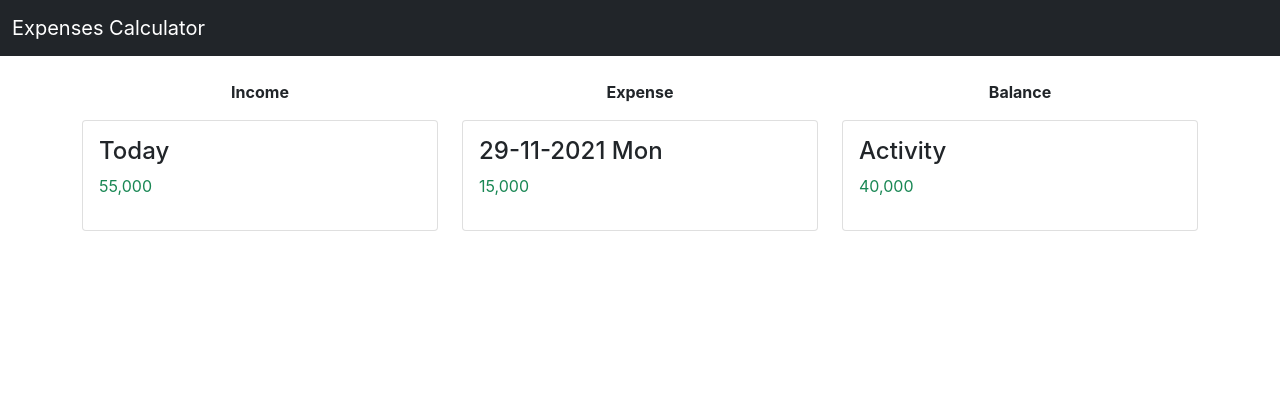
Repository: eidankhan/expenses-calculator
Page: /
These files come from the project's save history. The page is drawn as it stood at one moment and after the next save; the edit follows.
The browser window is 1280 px wide. The pictures show the whole page.
The project was rebuilt for these pictures with package versions that can differ from the ones it lists, and the page was loaded fresh each time. Also part of the build but not shown: src/components/SaveIncome.js.

Above is the page before, as saved 2021-11-29 17:04:36.

### public/index.html
<!DOCTYPE html>
<html lang="en">
  <head>
    <meta charset="utf-8" />
    <link rel="icon" href="%PUBLIC_URL%/favicon.ico" />
    <meta name="viewport" content="width=device-width, initial-scale=1" />
    <meta name="theme-color" content="#000000" />
    <meta
      name="description"
      content="Web site created using create-react-app"
    />
    <link rel="apple-touch-icon" href="%PUBLIC_URL%/logo192.png" />
    <link rel="manifest" href="%PUBLIC_URL%/manifest.json" />
    <!-- CSS only -->
    <link
      href="https://cdn.jsdelivr.net/npm/bootstrap@5.1.3/dist/css/bootstrap.min.css"
      rel="stylesheet"
      integrity="sha384-1BmE4kWBq78iYhFldvKuhfTAU6auU8tT94WrHftjDbrCEXSU1oBoqyl2QvZ6jIW3"
      crossorigin="anonymous"
    />
    <title>Shopping Cart App</title>
  </head>
  <body>
    <noscript>You need to enable JavaScript to run this app.</noscript>
    <div id="root"></div>
    <!-- JavaScript Bundle with Popper -->
    <script
      src="https://cdn.jsdelivr.net/npm/bootstrap@5.1.3/dist/js/bootstrap.bundle.min.js"
      integrity="sha384-ka7Sk0Gln4gmtz2MlQnikT1wXgYsOg+OMhuP+IlRH9sENBO0LRn5q+8nbTov4+1p"
      crossorigin="anonymous"
    ></script>
  </body>
</html>

### src/App.js
// import {
//   BrowserRouter as Router,
//   Routes,
//   Route,
// } from "react-router-dom";

import { IncomeSummary } from "./components/IncomeSummary";
import { Navbar } from "./components/Navbar";
import { SaveIncome } from "./components/SaveIncome";

function App() {
  return (
    <>
      <Navbar />
      <div className="container my-3">
        {/* <SaveIncome/> */}
        <IncomeSummary/>
      </div>
    </>
  );
}

export default App;

### src/components/IncomeSummary.js
import React from "react";

export const IncomeSummary = () => {


  return (
    <div className="my-3">
      <div className="row">
        <div className="col-md-4 my-2 text-center"> <strong>Income</strong> </div>
        <div className="col-md-4 my-2 text-center"> <strong>Expense</strong> </div>
        <div className="col-md-4 my-2 text-center"> <strong>Balance</strong> </div>
      </div>
      <div className="row">
        <div className="col-md-4 my-2">
          <div className="card">
            <div className="card-body">
              <h4 className="card-title"> Today </h4>
              <p className="text-success"> 55,000</p>
            </div>
          </div>
        </div>
        <div className="col-md-4 my-2">
          <div className="card">
            <div className="card-body">
            <h4 className="card-title"> 29-11-2021 Mon </h4>
            <p className="text-success"> 15,000</p>
            </div>
          </div>
        </div>
        <div className="col-md-4 my-2">
          <div className="card">
            <div className="card-body">
            <h4 className="card-title"> Activity </h4>
            <p className="text-success"> 40,000</p>
            </div>
          </div>
        </div>
      </div>
    </div>
  );
};

### src/components/Navbar.js
import React from "react";

export const Navbar = () => {
  return (
    <nav className="navbar navbar-dark bg-dark">
      <div className="container-fluid">
        <a className="navbar-brand" href="/" > Expenses Calculator</a>

        {/* <form className="d-flex">
          <input
            className="form-control me-2"
            type="search"
            placeholder="Search"
            aria-label="Search"
          />
          <button className="btn btn-outline-success" type="submit">
            Search
          </button>
        </form> */}

      </div>
    </nav>
  );
};

Loaded but not shown: src/index.js (common file); src/index.css (common file)

After the next save:
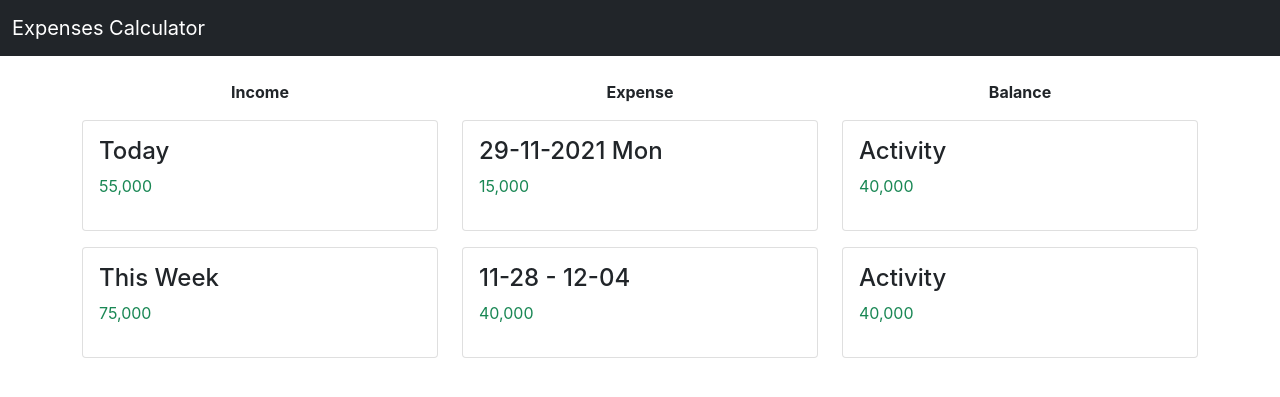
Saved 3 min 11 s later.
--- a/src/components/IncomeSummary.js
+++ b/src/components/IncomeSummary.js
@@ -36,6 +36,33 @@ export const IncomeSummary = () => {
           </div>
         </div>
       </div>
+      <div className="row">
+        <div className="col-md-4 my-2">
+          <div className="card">
+            <div className="card-body">
+              <h4 className="card-title"> This Week </h4>
+              <p className="text-success"> 75,000</p>
+            </div>
+          </div>
+        </div>
+        <div className="col-md-4 my-2">
+          <div className="card">
+            <div className="card-body">
+            <h4 className="card-title"> 11-28 - 12-04 </h4>
+            <p className="text-success"> 40,000</p>
+            </div>
+          </div>
+        </div>
+        <div className="col-md-4 my-2">
+          <div className="card">
+            <div className="card-body">
+            <h4 className="card-title"> Activity </h4>
+            <p className="text-success"> 40,000</p>
+            </div>
+          </div>
+        </div>
+      </div>
+
     </div>
   );
 };
